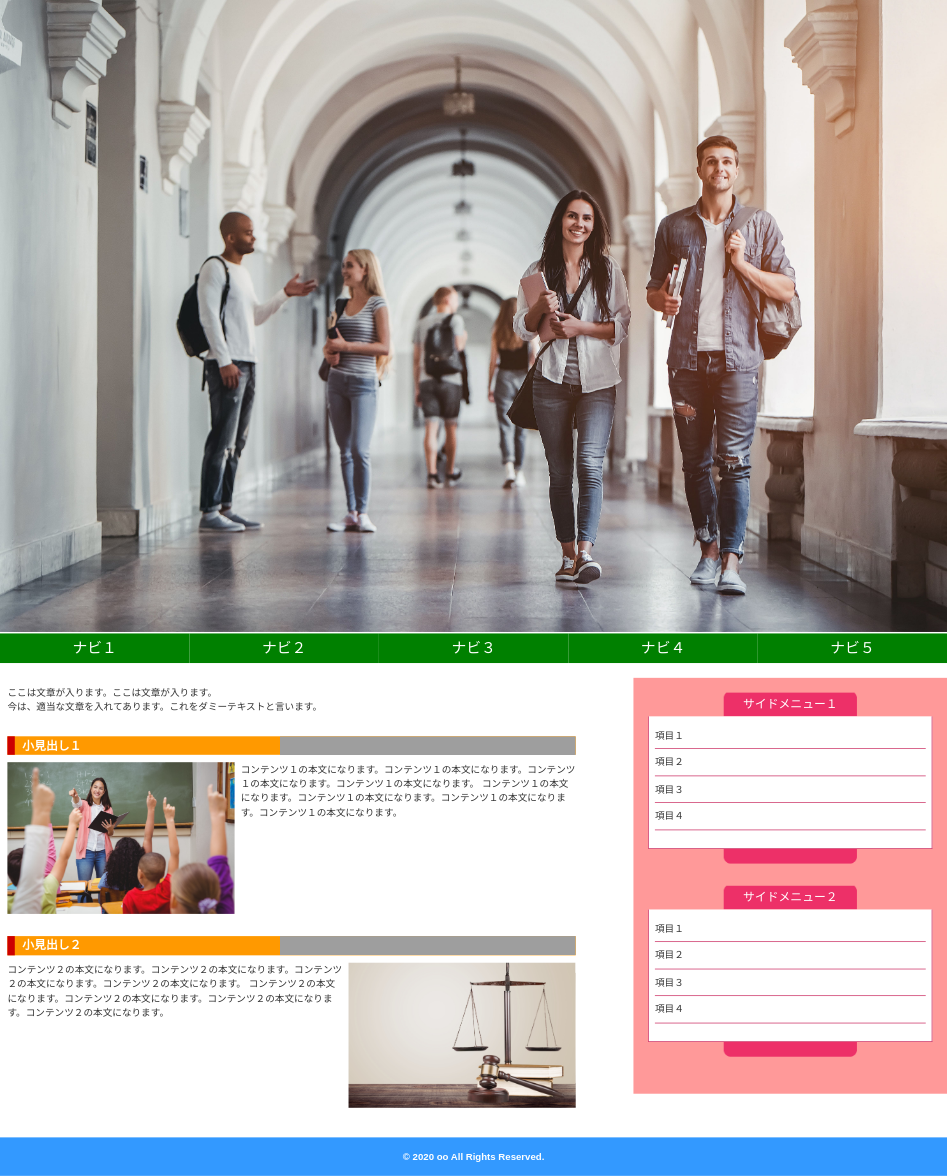
Repository: komikomi650/samurai_HTML-CSS
Page: samurai_html_4/home.html
The author's editor kept a record of every edit. The page is drawn from the files as they stood at one moment, then again after the next edit.
The browser window is 1280 px wide. The pictures show the whole page, at 74% of full size.
Pictures or frames that could not be fetched are drawn as grey boxes.

Above is the page before.

### samurai_html_4/home.html
<!DOCTYPE html>
<html lang="ja">
<head>
    <meta charset="UTF-8">
    <title>HTML/CSSの学習</title>
    <link rel="stylesheet" href="stylesheet.css">
</head>
<body>
    <div id="header">
        <h1><a href="index.html"><img id="corridor" src="images/corridor.jpg" alt="大学の廊下"></a></h1>
    </div>
    <div id="wrapper">
        <div id="nav">
            <ul>
                <li><a href="home.html">ナビ１</a></li>
                <li><a href="#">ナビ２</a></li>
                <li><a href="#">ナビ３</a></li>
                <li><a href="#">ナビ４</a></li>
                <li><a href="#">ナビ５</a></li>
            </ul>
        </div>
    </div>
    <div id="container">
        <div id="main">
            <div class="post">
                <p>ここは文章が入ります。ここは文章が入ります。<br />今は、適当な文章を入れてあります。これをダミーテキストと言います。</p>
            </div>
            <div class="post clearfix">
                <h2>小見出し１</h2>
                <img class="left" src="images/classroom.jpg" alt="授業風景">
                <p>
                    コンテンツ１の本文になります。コンテンツ１の本文になります。コンテンツ１の本文になります。コンテンツ１の本文になります。
                    コンテンツ１の本文になります。コンテンツ１の本文になります。コンテンツ１の本文になります。コンテンツ１の本文になります。
                </p>
            </div>
            <div class="post clearfix">
                <h2>小見出し２</h2>
                <img class="right" src="images/scale.jpg" alt="天秤">
                <p>
                    コンテンツ２の本文になります。コンテンツ２の本文になります。コンテンツ２の本文になります。コンテンツ２の本文になります。
                    コンテンツ２の本文になります。コンテンツ２の本文になります。コンテンツ２の本文になります。コンテンツ２の本文になります。
                </p>
            </div>
        </div>
        <div id="side">
            <div class="box">
                <h2>サイドメニュー１</h2>
                <div class="boxBody">
                    <ul>
                        <li>項目１</li>
                        <li>項目２</li>
                        <li>項目３</li>
                        <li>項目４</li>
                    </ul>
                </div>
            </div>
            <div class="box">
                <h2>サイドメニュー２</h2>
                <div class="boxBody">
                    <ul>
                        <li>項目１</li>
                        <li>項目２</li>
                        <li>項目３</li>
                        <li>項目４</li>
                    </ul>
                </div>
            </div>
        </div>
    </div>
    <div id="footer">
        <p>&copy; 2020 oo All Rights Reserved.</p>
    </div>
</body>
</html>

### samurai_html_4/stylesheet.css
@charset "utf-8";

body {
    margin: 0 ;
    padding: 0;
    font-family: "ヒラギノ角ゴ Pro W3", "Hiragino kaku Gothic Pro", "メイリオ", Meiryo, Osaka, "ＭＳ Ｐゴシック", "MS PGothic", sans-serif;
    color: #333;
    font-size: 13px;
    line-height: 150%;
}
/*--------------------------wrapper ----------------------*/
#wrapper{
    width: 100%;
    margin: auto;
    padding: 0px;
    border: 0px;
    background-color: #FFF;
    top: 10px;
}

/*--------------------------header ----------------------*/
#header {
    width: 100%;
}
#header h1 {
    margin: 0;
    padding: 0;
}
#corridor {
    width: 100%;
    height: auto;
}

/*--------------------------footer ----------------------*/
#footer {
    clear: both;
    width: 100%;
    padding: 3px 0 3px 0;
    background: #39F;
    color: #FFF;
    font-weight: bold;
    text-align: center;
}

/*--------------------------NAV----------------------*/
#nav {
    width: 100%;
}
#nav ul {
    margin: 0;
    padding: 0;
    list-style-type: none;
}
#nav ul li {
    float: left;
    width: 20%;
    text-align: center;
}
#nav ul li a {
    display: block;
    height: 20px;
    margin: 0;
    padding: 10px;
    color: #FFF;
    font-size: 20px;
    text-decoration: none;
    background-color: green;
}
#nav ul li a:hover{
    filter: drop-shadow(10px 10px 10px black);
}
/*--------------------------Container----------------------*/
#container {
    width: 100%;
    margin: auto;
    padding: auto;
    padding-top: 20px;
    clear: both;
}
/*--------------------------Main----------------------*/
#main {
    float: left;
    width: 60%;
    padding: 10px 30px 10px 10px;
}
#main h2 {
    margin: 0 0 10px 0;
    padding: 3px 10px 3px 10px;
    color: #FFF;
    font-size: 16px;
    border-left: solid 10px #C00;
    background: #F90 url(../images/main_h2.jpg) right top repeat-y;
}
#main p {
    margin: 0;
    padding: 0;
}
#main .post {
    margin: 0 0 30px 0;
}
#main .post img.right {
    margin: 0 0 0 8px;
}
#main .post img.left {
    margin: 0 8px 0 0 ;
}

.right {
    float: right;
    width: 40%;
    height: auto;
}
.left {
    float: left;
    width: 40%;
    height: auto;
}

/*--------------------------clearfix----------------------*/
.clearfix {
    zoom: 1;
}
.clearfix:after{
    content: "";
    display: block;
    clear: both;
}
/*--------------------------side----------------------*/
#side {
    float: right;
    width: 30%;
    padding: 20px;
    background-color: #F99;
}
#side .box {
    margin: 0 auto 30px auto;
    padding: 0 0 20px 0;
    background: url(images/side_box.png) bottom no-repeat;
}
#side .box h2 {
    margin: 0;
    padding: 8px;
    text-align: center;
    color: #fff;
    font-size: 16px;
    line-height: 16px;
    font-weight: normal;
    background: url(images/side_box_h2.png) center no-repeat;
}
#side .box .boxBody {
    padding: 8px;
    border-right: solid 1px #C36;
    border-bottom: solid 1px #C36;
    border-left: solid 1px #C36;
    background: #fff;
}
#side .box .boxBody ul {
    margin: 0 0 16px 0;
    padding: 0;
}
#side .box .boxBody ul li {
    padding: 8px 0 8px 0;
    list-style: none;
    border-bottom: solid 1px #C36;
}
#side .box .boxBody ul li:hover{
    padding: 8px 0 8px 4px;
    list-style: none;
    border-bottom: solid 1px #C36;
    box-shadow: 0px 4px 4px rgda(0, 0, 0, 0.3);
}

After the next edit:
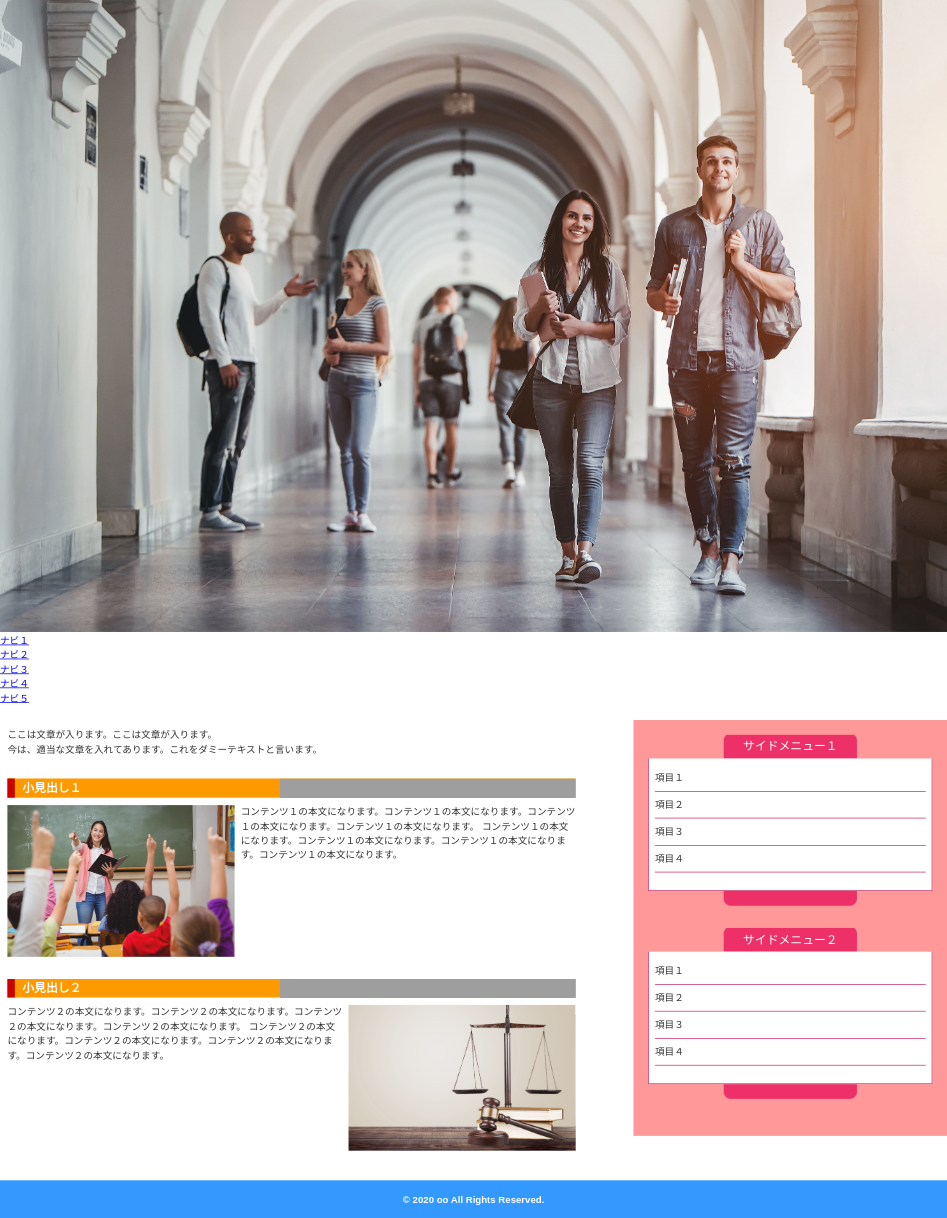
The edit:
--- a/samurai_html_4/stylesheet.css
+++ b/samurai_html_4/stylesheet.css
@@ -51,7 +51,7 @@
     padding: 0;
     list-style-type: none;
 }
-#nav ul li {
+/*#nav ul li {
     float: left;
     width: 20%;
     text-align: center;

After the edit that followed:
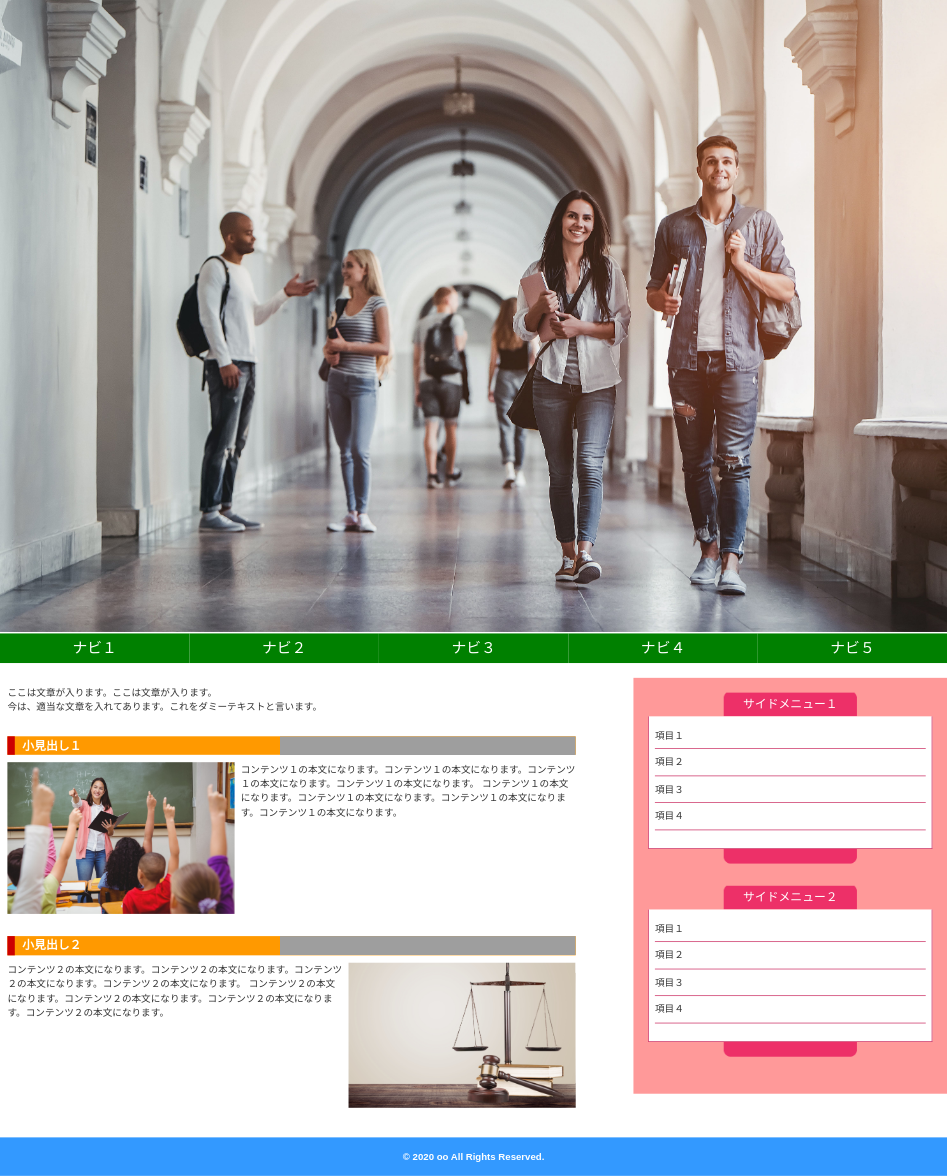
The edit:
--- a/samurai_html_4/stylesheet.css
+++ b/samurai_html_4/stylesheet.css
@@ -52,6 +52,11 @@
     list-style-type: none;
 }
 /*#nav ul li {
+    float: left;
+    width: 20%;
+    text-align: center;
+}*/
+#nav ul li {
     float: left;
     width: 20%;
     text-align: center;
